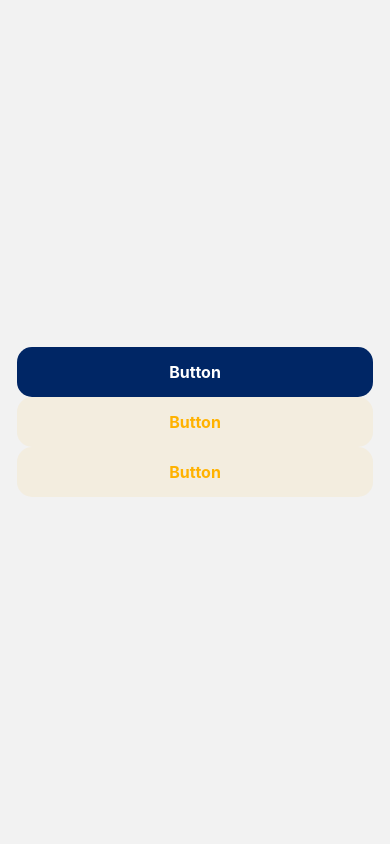
Repository: hungdomanh95/setuptheme
Screen: /
An editor plug-in stored every save of this project. The screen is shown before and after a run of saves, followed by the edit.
The app was drawn by React Native's web renderer in a window 390 px wide. The project was rebuilt for these pictures with package versions that can differ from the ones it lists, and the page was loaded fresh each time. Also part of the build but not shown: src/components/Fade/index.js, src/components/Slide/index.js.

Above is the screen before, as saved 2022-05-17 10:43:36.

After the next 2 saves:
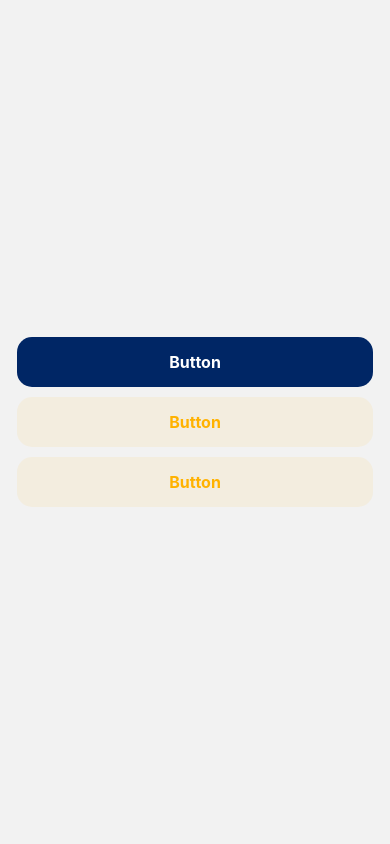
The 2 saves are shown as one change because they came seconds apart.
The last was saved 31 s later.
--- a/src/components/RNButton/index.js
+++ b/src/components/RNButton/index.js
@@ -21,6 +21,7 @@ const styleWithProps = props =>
       alignItems: 'center',
       backgroundColor: props.color,
       borderRadius: 15,
+      marginVertical:5
     },
     text: {
       color: props.colorText || color.white ,
